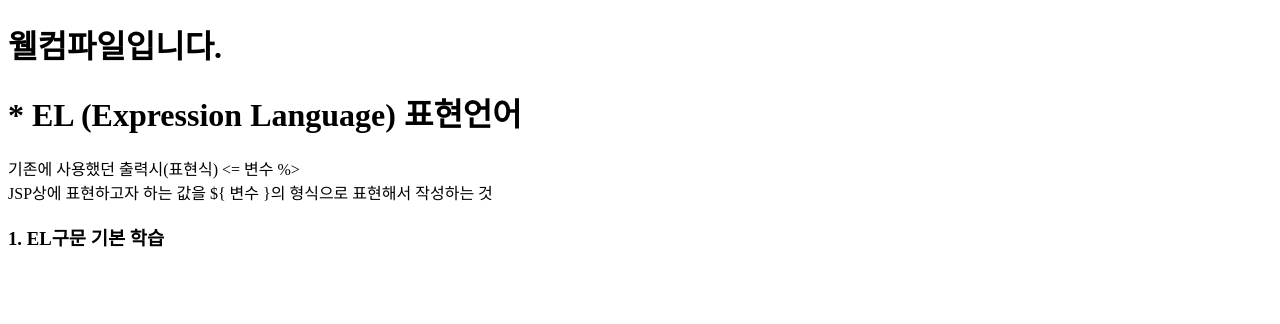
Repository: judeyong/myWebWorkSpace2
Page: http://localhost/Action_Project/
An editor plug-in stored every save of this project. The page is shown before and after the next save, followed by the edit.
The browser window is 1280 px wide. The pictures show the whole page.
The page is served by Tomcat 9.

Above is the page before, as saved 2024-04-03 00:26:24.

After the next save:
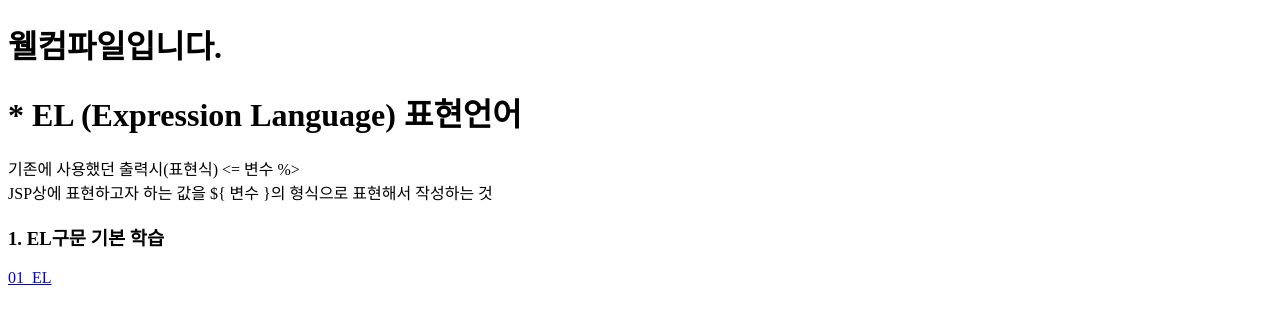
Saved 8 s later.
--- a/Action_Project/WebContent/index.jsp
+++ b/Action_Project/WebContent/index.jsp
@@ -17,7 +17,7 @@
 	</p>
 
 	<h3>1. EL구문 기본 학습</h3>
-	<a href="/action/el.do">
+	<a href="/action/el.do">01_EL</a>
 
 </body>
 </html>
